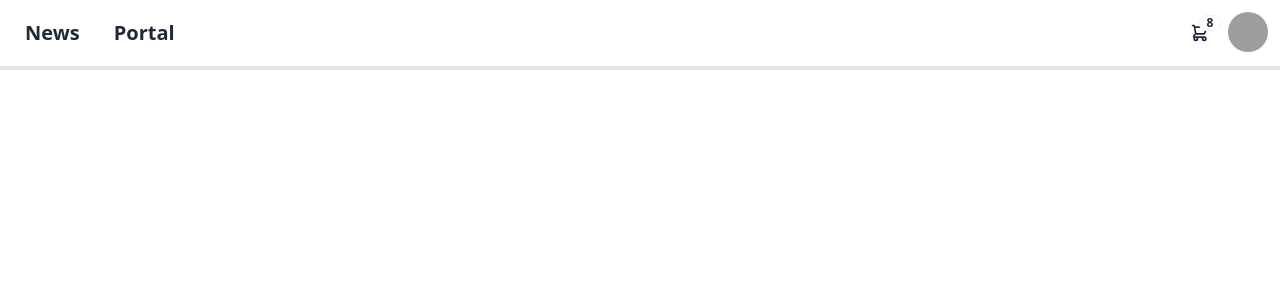
Repository: RudrasahaDibos/news-portal
Page: index.html
The author's editor kept a copy of each file at every save. The page is drawn from the files as they stood at one save, then again after the next save.
The browser window is 1280 px wide. The pictures show the whole page.
Pictures or frames that could not be fetched are drawn as grey boxes. Some web libraries are served in a nearby version.

Above is the page before, as saved 2024-11-23 14:57:22.

### index.html
<!DOCTYPE html>
<html lang="en">
<head>
    <meta charset="UTF-8">
    <meta name="viewport" content="width=device-width, initial-scale=1.0">
    <title>news_portals</title>
    <!-- tailwinds  -->
    <link href="https://cdn.jsdelivr.net/npm/daisyui@4.12.14/dist/full.min.css" rel="stylesheet" type="text/css" />
    <script src="https://cdn.tailwindcss.com"></script>

</head>
<body class="container mx-auto ">
    <!-- header starts here -->
        <header>
                   <!-- navbar start here -->
                   <div class="navbar bg-base-100 border-b-4">
                    <div class="flex-1">
                      <a class="btn btn-ghost text-xl">News</a>
                      <a class="btn btn-ghost text-xl">Portal</a>
                    </div>
                    <div class="flex-none">
                      <div class="dropdown dropdown-end">
                        <div tabindex="0" role="button" class="btn btn-ghost btn-circle">
                          <div class="indicator">
                            <svg
                              xmlns="http://www.w3.org/2000/svg"
                              class="h-5 w-5"
                              fill="none"
                              viewBox="0 0 24 24"
                              stroke="currentColor">
                              <path
                                stroke-linecap="round"
                                stroke-linejoin="round"
                                stroke-width="2"
                                d="M3 3h2l.4 2M7 13h10l4-8H5.4M7 13L5.4 5M7 13l-2.293 2.293c-.63.63-.184 1.707.707 1.707H17m0 0a2 2 0 100 4 2 2 0 000-4zm-8 2a2 2 0 11-4 0 2 2 0 014 0z" />
                            </svg>
                            <span class="badge badge-sm indicator-item">8</span>
                          </div>
                        </div>
                        <div
                          tabindex="0"
                          class="card card-compact dropdown-content bg-base-100 z-[1] mt-3 w-52 shadow">
                          <div class="card-body">
                            <span class="text-lg font-bold">8 Items</span>
                            <span class="text-info">Subtotal: $999</span>
                            <div class="card-actions">
                              <button class="btn btn-primary btn-block">View cart</button>
                            </div>
                          </div>
                        </div>
                      </div>
                      <div class="dropdown dropdown-end">
                        <div tabindex="0" role="button" class="btn btn-ghost btn-circle avatar">
                          <div class="w-10 rounded-full">
                            <img
                              alt="Tailwind CSS Navbar component"
                              src="https://img.daisyui.com/images/stock/photo-1534528741775-53994a69daeb.webp" />
                          </div>
                        </div>
                        <ul
                          tabindex="0"
                          class="menu menu-sm dropdown-content bg-base-100 rounded-box z-[1] mt-3 w-52 p-2 shadow">
                          <li>
                            <a class="justify-between">
                              Profile
                              <span class="badge">New</span>
                            </a>
                          </li>
                          <li><a>Settings</a></li>
                          <li><a>Logout</a></li>
                        </ul>
                      </div>
                    </div>
                  </div>




                  <!-- 2nd  -->

                   <!-- navbar end here -->
        </header>
        <!-- header end here -->

        <!-- main is start here -->
         <main>

         </main>
         <!-- main is end here -->
</body>
</html>

After the next save:
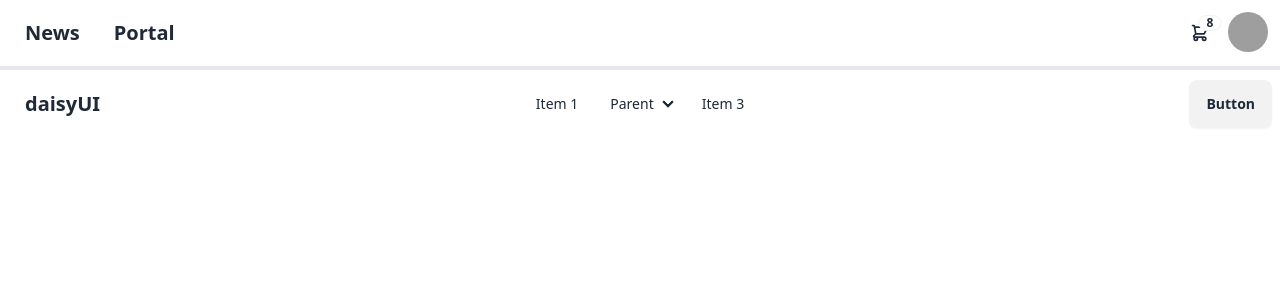
Saved 4 s later.
--- a/index.html
+++ b/index.html
@@ -77,6 +77,58 @@
 
 
                   <!-- 2nd  -->
+                  <div class="navbar bg-base-100">
+                    <div class="navbar-start">
+                      <div class="dropdown">
+                        <div tabindex="0" role="button" class="btn btn-ghost lg:hidden">
+                          <svg
+                            xmlns="http://www.w3.org/2000/svg"
+                            class="h-5 w-5"
+                            fill="none"
+                            viewBox="0 0 24 24"
+                            stroke="currentColor">
+                            <path
+                              stroke-linecap="round"
+                              stroke-linejoin="round"
+                              stroke-width="2"
+                              d="M4 6h16M4 12h8m-8 6h16" />
+                          </svg>
+                        </div>
+                        <ul
+                          tabindex="0"
+                          class="menu menu-sm dropdown-content bg-base-100 rounded-box z-[1] mt-3 w-52 p-2 shadow">
+                          <li><a>Item 1</a></li>
+                          <li>
+                            <a>Parent</a>
+                            <ul class="p-2">
+                              <li><a>Submenu 1</a></li>
+                              <li><a>Submenu 2</a></li>
+                            </ul>
+                          </li>
+                          <li><a>Item 3</a></li>
+                        </ul>
+                      </div>
+                      <a class="btn btn-ghost text-xl">daisyUI</a>
+                    </div>
+                    <div class="navbar-center hidden lg:flex">
+                      <ul class="menu menu-horizontal px-1">
+                        <li><a>Item 1</a></li>
+                        <li>
+                          <details>
+                            <summary>Parent</summary>
+                            <ul class="p-2">
+                              <li><a>Submenu 1</a></li>
+                              <li><a>Submenu 2</a></li>
+                            </ul>
+                          </details>
+                        </li>
+                        <li><a>Item 3</a></li>
+                      </ul>
+                    </div>
+                    <div class="navbar-end">
+                      <a class="btn">Button</a>
+                    </div>
+                  </div>
 
                    <!-- navbar end here -->
         </header>
